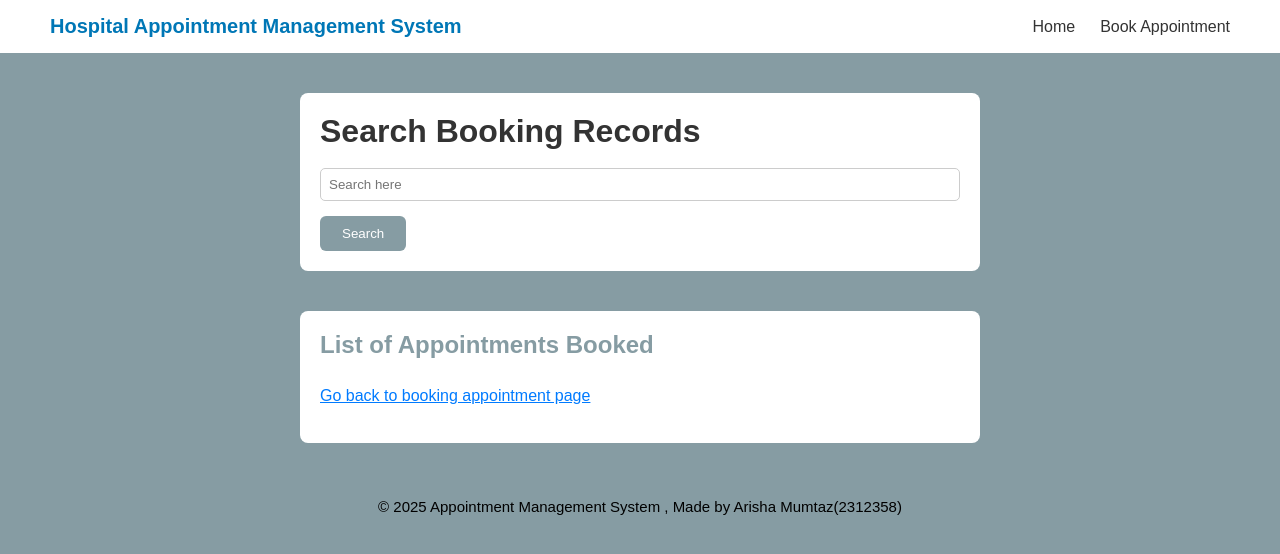
Repository: Arisha004/hospital-management-midterm-
Page: http://localhost/list.php
The author's editor kept a copy of each file at every save. The page is drawn from the files as they stood at one save, then again after the next save.
The browser window is 1280 px wide. The pictures show the whole page.
The page is run by PHP 8.4 with error messages shown; the project is at /var/www/html/. Queries for data that is not in the repository find no rows.

Above is the page before, as saved 2025-11-08 15:16:52.

### list.php
<?php

include 'db.php';
//for list
$sql="select * from appointments";
$result=$conn->query($sql);

//search code
  if(isset($_GET['search'])){
    $filteredvalues=$_GET['search'];
    $sql = "SELECT * FROM appointments
        WHERE full_name LIKE '%$filteredvalues%'";
    $result=$conn->query($sql);

    }


?>
<html>
<head>
    <title>Document</title>
  <link rel="stylesheet" href="style2.css">
  <style>
    table{
    width: 100%;
    border-collapse: collapse;
    margin-top: 20px;

  }
  h2{
    text-align: left;
    margin-bottom: 10px;
  }

  th, td {
    padding: 12px;
    text-align: left;
    border: 1px solid black;
  }
  tr:hover {
    background-color: #f1f1f1;
  }

a{
  color: #007bff;
}

  </style>


</head>
<body>
  <header class="navbar">
    <div class="logo">Hospital Appointment Management System</div>
    <nav>
      <ul>
           <li><a href="landingpage.html">Home</a></li>
          <li><a href="index.php">Book Appointment</a></li>


         </ul>
    </nav>
  </header>


        <form action="" method="get">
<div class="container1">
    <h1>Search Booking Records </h1> <br>
    <input type="text" name="search" required value="<?php if(isset($_GET['search'])){
    echo $_GET['search'];
}?>" placeholder="Search here">
    <button type="submit">Search</button>

</div>
</form>

      <div class="container1">
    <h2>List of Appointments Booked</h2><br>

    <p><a href="index.php"> Go back to booking appointment page</a></p><br>


   <?php


if ($result->num_rows > 0){

echo "<table border='1' cellpadding='10'>";
  echo   "<tr>
    <th>ID</th>
    <th>Name</th>
    <th>Email</th>

    <th>Action</th>

    </tr>";
  while($items = $result->fetch_assoc()) {


        echo "<tr>";

    echo "<td>".$items["id"]."</td>";
    echo "<td>".$items["full_name"]."</td>";
    echo "<td>".$items["email"]."</td>";
    echo "<td><a href='detail.php?id=$items[id]'>More Info</a><br><br>
    <a href='update.php?id=$items[id]'>Update</a><br><br>
    <a href='delete.php?id=$items[id]'>Delete</a>
    </td>";

       echo "</tr>";

        }

    echo "</table>";
   }
    elseif (isset($_GET['search'])){
      echo "<br>";
      echo "No Record Found";
    }





?>

</div>
 <footer>
    <p>© 2025 Appointment Management System , Made by Arisha Mumtaz(2312358)</p>
  </footer>
</body>
</html>

### db.php
<?php

$servername = "localhost";
$username = "root";
$password = "";
$dbname="midterm";
/*$conn  a variable that holds the database connection.
new mysqli creates a new connection to your MySQL database.*/
$conn=new mysqli($servername, $username, $password,$dbname);
if($conn->connect_error){
    die("Connection failed: " . $conn->connect_error);
}


?>

### style2.css

* {
  font-family: 'Poppins', sans-serif;
  margin: 0;
  padding: 0;
}

body {
  background: #869CA3;
  color: #333;
}
  .container1 {
    width: 50%;
    margin: 40px auto;
    background: #fff;
    padding: 20px;
    border-radius: 8px;
  }
  h2 {
    text-align: center;
     color: #869CA3; }
  label {
    font-weight: bold;
     display: block;
      margin-bottom: 5px;
    }
  input, select, textarea {
      width: 100%;
      padding: 8px;
      margin-bottom: 15px;
      border: 1px solid #ccc;
      border-radius: 5px;
  }

footer {
  text-align: center;
  padding: 15px;
  background-color:#869CA3;
        color: black;
  font-size: 15px;

}
label span {
  color: red;
}


.navbar {
  display: flex;
  justify-content: space-between;
  align-items: center;
  padding: 15px 50px;
  background: #fff;

 }

.navbar .logo {
  font-weight: 700;
  font-size: 20px;
  color: #0077b6;
}

.navbar ul {
  display: flex;
  list-style: none;
}

.navbar ul li a {
  text-decoration: none;
  color: #333;
  margin-left: 25px;
}


  button{

  display: inline-block;
  background-color: #869CA3;
  color: #fff;
  padding: 10px 22px;
  border: none;
  border-radius: 6px;
  cursor: pointer;
  font-weight: 500;

   text-align: center;
}



  input[type=submit] {
      background-color: #007bff;
      color: white;
      border: none;
      padding: 10px 15px;
      cursor: pointer;
      border-radius: 5px;
  }

  select[name="status"] {
    background-color: #f8f9fa;
    color: #495057;
    padding: 8px;
    margin-bottom: 15px;
    border: 1px solid #ced4da;
    border-radius: 5px;
    width: 100%;
}

select[name="status"] option[value="Pending"] { color: #ffc107; }
select[name="status"] option[value="Confirmed"] { color: #28a745; }
select[name="status"] option[value="Cancelled"] { color: #dc3545; }
select[name="status"] option[value="Completed"] { color: #17a2b8; }

After the next save:
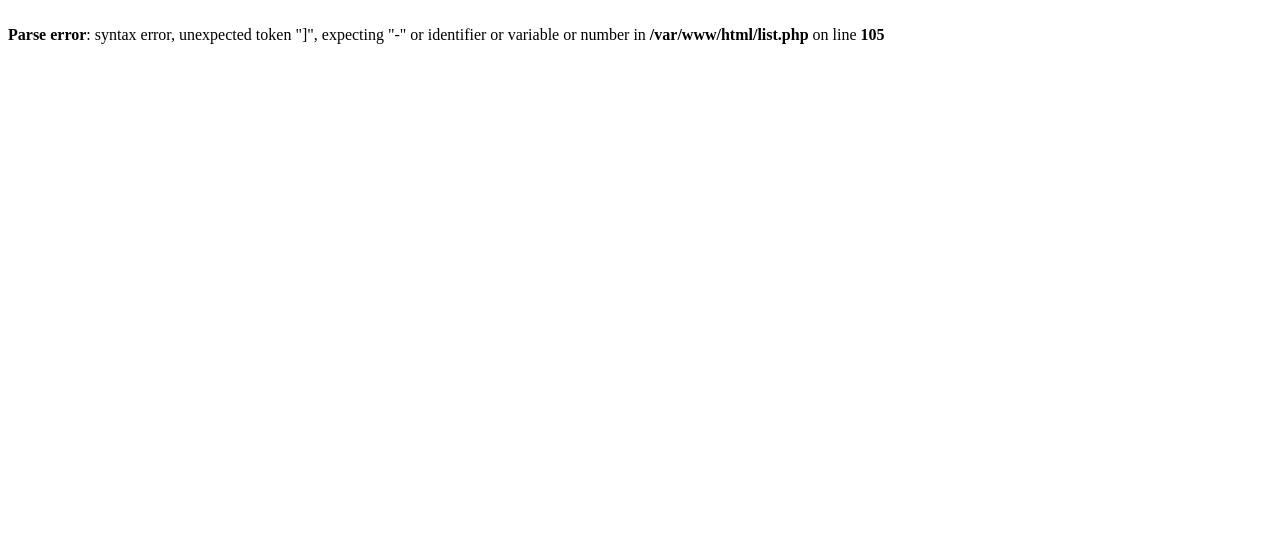
Saved 8 s later.
--- a/list.php
+++ b/list.php
@@ -102,7 +102,7 @@
     echo "<td>".$items["id"]."</td>";
     echo "<td>".$items["full_name"]."</td>";
     echo "<td>".$items["email"]."</td>";
-    echo "<td><a href='detail.php?id=$items[id]'>More Info</a><br><br>
+    echo "<td><a href='detail.php?id=$items[]'>More Info</a><br><br>
     <a href='update.php?id=$items[id]'>Update</a><br><br>
     <a href='delete.php?id=$items[id]'>Delete</a>
     </td>";

After the save that followed:
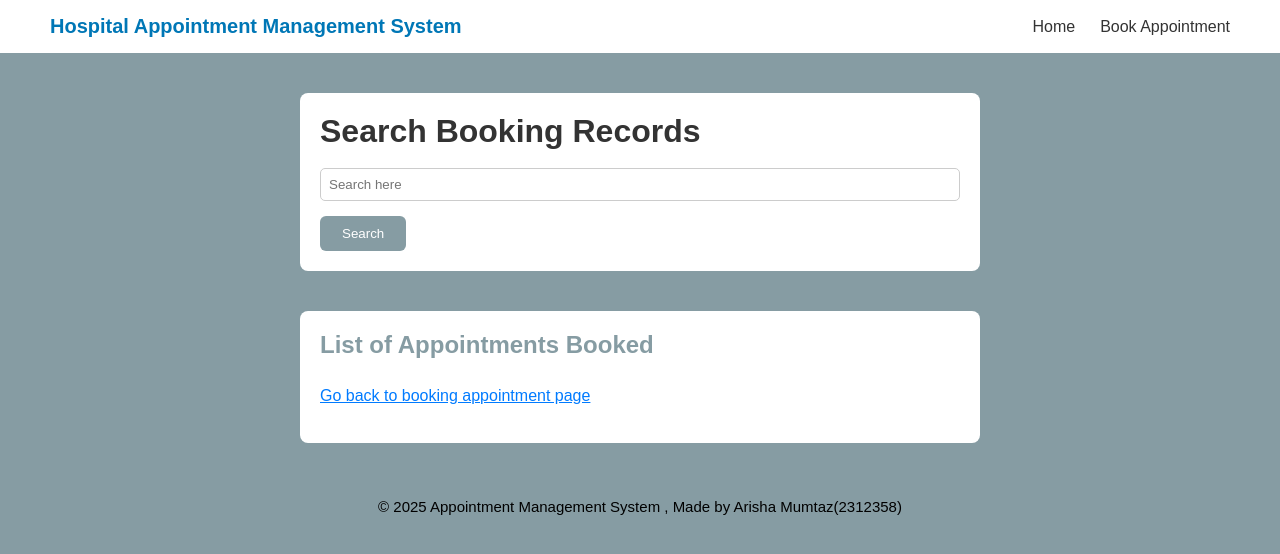
Saved 4 s later.
--- a/list.php
+++ b/list.php
@@ -102,7 +102,7 @@
     echo "<td>".$items["id"]."</td>";
     echo "<td>".$items["full_name"]."</td>";
     echo "<td>".$items["email"]."</td>";
-    echo "<td><a href='detail.php?id=$items[]'>More Info</a><br><br>
+    echo "<td><a href='detail.php?id=$items[full_name]'>More Info</a><br><br>
     <a href='update.php?id=$items[id]'>Update</a><br><br>
     <a href='delete.php?id=$items[id]'>Delete</a>
     </td>";
